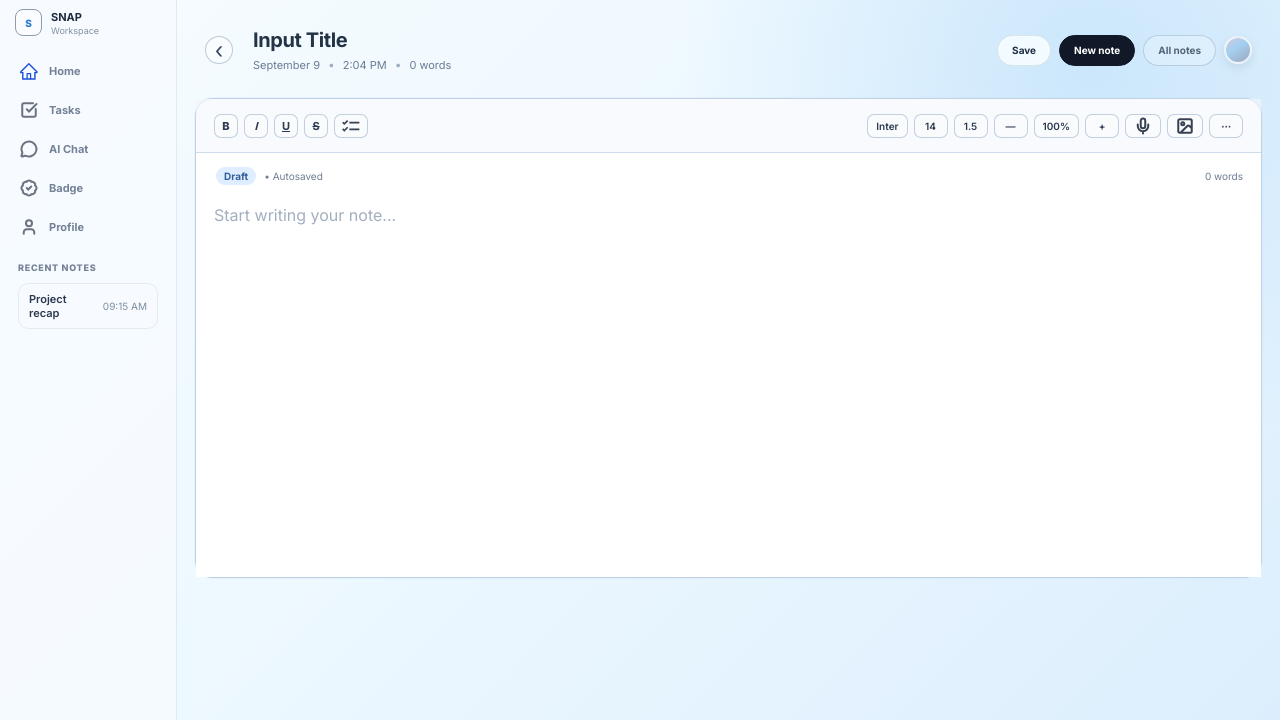
Repository: Lee-Productions-Inc/SNAP_productions
Page: pages/dashboard/notes/notes.html
An editor plug-in stored every save of this project. The page is shown before and after the next save, followed by the edit.
The browser window is 1280 px wide. The pictures show the whole page.

Above is the page before, as saved 2026-09-22 19:28:59.

### pages/dashboard/notes/notes.html
<!DOCTYPE html>
<html lang="en">
  <head>
    <meta charset="UTF-8" />
    <meta name="viewport" content="width=device-width, initial-scale=1.0" />
    <title>Notes | SNAP</title>
    <link rel="preconnect" href="https://fonts.googleapis.com" />
    <link rel="preconnect" href="https://fonts.gstatic.com" crossorigin />
    <link href="https://fonts.googleapis.com/css2?family=Inter:wght@400;500;600;700;800&display=swap" rel="stylesheet" />
    <link rel="stylesheet" href="../../../designs/notes.css" />
  </head>
  <body>
    <div class="dashboard-shell">
      <aside class="sidebar" aria-label="Main navigation">
        <a class="brand" href="../dashboard.html" aria-label="SNAP home">
          <span class="brand-mark">S</span>
          <span class="brand-copy">
            <strong>SNAP</strong>
            <small>Workspace</small>
          </span>
        </a>

        <nav class="primary-nav" aria-label="Sidebar navigation">
          <a class="nav-item" href="../../../pages/dashboard/dashboard.html">
            <img class="nav-icon" src="../../../assets/main icons/Vector.svg" alt="" aria-hidden="true" />
            <span>Home</span>
          </a>
          <a class="nav-item" href="../../../pages/tasks.html">
            <img class="nav-icon" src="../../../assets/main icons/check-square.svg" alt="" aria-hidden="true" />
            <span>Tasks</span>
          </a>
          <a class="nav-item" href="../../../pages/ai_chat.html">
            <img class="nav-icon" src="../../../assets/main icons/message-circle.svg" alt="" aria-hidden="true" />
            <span>AI Chat</span>
          </a>
          <a class="nav-item" href="../../../pages/badges.html">
            <img class="nav-icon" src="../../../assets/main icons/badge-check.svg" alt="" aria-hidden="true" />
            <span>Badge</span>
          </a>
          <a class="nav-item" href="../../../pages/profile.html">
            <img class="nav-icon" src="../../../assets/main icons/user.svg" alt="" aria-hidden="true" />
            <span>Profile</span>
          </a>
        </nav>

        <section class="recent-notes" aria-labelledby="recent-notes-title">
          <h2 id="recent-notes-title">Recent Notes</h2>
          <ul class="recent-list" aria-label="Recent notes list">
            <li class="recent-item">
              <span class="recent-title">Project recap</span>
              <time datetime="2026-09-21T09:15">09:15 AM</time>
            </li>
          </ul>
        </section>
      </aside>

      <main class="dashboard-main notes-main">
        <header class="editor-header">
          <button class="icon-button back-button" type="button" aria-label="Go back">‹</button>

          <div class="title-block">
            <input class="note-title" type="text" value="Input Title" aria-label="Note title" />
            <div class="meta-row" aria-label="Note metadata">
              <span class="meta-item">September 9</span>
              <span class="meta-separator">•</span>
              <span class="meta-item">2:04 PM</span>
              <span class="meta-separator">•</span>
              <span class="meta-item">0 words</span>
            </div>
          </div>

          <div class="header-actions">
            <button class="action-button save-button" type="button">Save</button>
            <button class="action-button new-note-button" type="button">New note</button>
            <button class="action-button ghost-button muted-button" type="button">All notes</button>
            <button class="avatar-button" type="button" aria-label="User profile"></button>
          </div>
        </header>

        <section class="editor-surface" aria-label="Note editor">
          <div class="toolbar" aria-label="Formatting toolbar">
            <div class="toolbar-group">
              <button class="tool-button bold" type="button" aria-label="Bold">B</button>
              <button class="tool-button italic" type="button" aria-label="Italic">I</button>
              <button class="tool-button underline" type="button" aria-label="Underline">U</button>
              <button class="tool-button strike" type="button" aria-label="Strikethrough">S</button>
              <button class="tool-button" type="button" aria-label="Checklist">
                <img src="../../../assets/notes icons/boxicons_checklist.svg" alt="" aria-hidden="true" />
              </button>
            </div>

            <div class="toolbar-group compact-group">
              <button class="tool-button small" type="button">Inter</button>
              <button class="tool-button small" type="button">14</button>
              <button class="tool-button small" type="button">1.5</button>
              <button class="tool-button small" type="button">—</button>
              <button class="tool-button small" type="button">100%</button>
              <button class="tool-button small" type="button">+</button>
              <button class="tool-button small" type="button">
                <img src="../../../assets/notes icons/mic.svg" alt="" aria-hidden="true" />
              </button>
              <button class="tool-button small" type="button">
                <img src="../../../assets/notes icons/image.svg" alt="" aria-hidden="true" />
              </button>
              <button class="tool-button small" type="button">⋯</button>
            </div>
          </div>

          <div class="editor-body">
            <div class="draft-status">
              <span class="status-badge">Draft</span>
              <span class="status-text">• Autosaved</span>
              <span class="word-total">0 words</span>
            </div>

            <div class="editor-placeholder" aria-label="Write your note">
              Start writing your note...
            </div>
          </div>
        </section>
      </main>
    </div>
  </body>
</html>

### designs/notes.css
* {
  box-sizing: border-box;
}

html,
body {
  margin: 0;
  min-width: 320px;
  min-height: 100vh;
  background: radial-gradient(circle at 85% 9%, rgba(190, 224, 250, 0.7), transparent 32%),
    linear-gradient(135deg, #f7fcff 0%, #edf8ff 45%, #dceefd 100%);
  color: #172033;
  font-family: "Inter", Arial, sans-serif;
  font-size: 16px;
}

button,
a,
input {
  font: inherit;
}

button,
a {
  -webkit-tap-highlight-color: transparent;
}

img {
  display: block;
  max-width: 100%;
}

ul {
  margin: 0;
  padding: 0;
  list-style: none;
}

.dashboard-shell {
  display: flex;
  min-height: 100vh;
  background: radial-gradient(circle at 85% 9%, rgba(190, 224, 250, 0.7), transparent 32%),
    linear-gradient(135deg, #f7fcff 0%, #edf8ff 45%, #dceefd 100%);
}

.sidebar {
  display: flex;
  flex: 0 0 177px;
  flex-direction: column;
  min-height: 100vh;
  padding: 9px 10px 20px;
  border-right: 1px solid rgba(136, 183, 219, 0.24);
  background: rgba(248, 252, 255, 0.78);
}

.brand {
  display: flex;
  align-items: center;
  gap: 9px;
  min-height: 27px;
  margin: 0 5px 18px;
  color: #1f2c40;
  font-size: 11px;
  text-decoration: none;
}

.brand-mark {
  display: grid;
  place-items: center;
  width: 27px;
  height: 27px;
  border: 1px solid #8c9cad;
  border-radius: 8px;
  background: rgba(255, 255, 255, 0.35);
  color: #2877cc;
  font-size: 10px;
  font-weight: 800;
}

.brand-copy {
  display: flex;
  flex-direction: column;
  gap: 1px;
}

.brand strong,
.brand small {
  display: block;
}

.brand small {
  color: #8490a0;
  font-size: 9px;
}

.primary-nav {
  display: grid;
  gap: 5px;
}

.nav-item {
  display: flex;
  align-items: center;
  gap: 11px;
  min-height: 34px;
  padding: 0 10px;
  border-radius: 10px;
  color: #748197;
  font-size: 11px;
  font-weight: 700;
  text-decoration: none;
  transition: background 160ms ease, color 160ms ease;
}

.nav-item:hover,
.nav-item.active {
  color: #1248dd;
  background: #e0efff;
}

.nav-item:hover:not(.active) {
  color: #5f6f84;
  background: rgba(224, 239, 255, 0.35);
}

.nav-icon {
  width: 18px;
  height: 18px;
  flex: 0 0 18px;
  object-fit: contain;
}

.recent-notes {
  margin-top: 18px;
  padding: 0 8px;
}

.recent-notes h2 {
  margin: 0;
  color: #748197;
  font-size: 9px;
  font-weight: 800;
  letter-spacing: 0.08em;
  text-transform: uppercase;
}

.recent-list {
  display: grid;
  gap: 8px;
  margin-top: 10px;
}

.recent-item {
  display: flex;
  align-items: center;
  justify-content: space-between;
  gap: 10px;
  padding: 8px 10px;
  border: 1px solid rgba(168, 188, 212, 0.25);
  border-radius: 10px;
  background: rgba(255, 255, 255, 0.18);
  color: #2a3a50;
  font-size: 11px;
}

.recent-title {
  font-weight: 600;
  color: #2d3a4d;
}

.recent-item time {
  color: #7d8ea2;
  font-size: 10px;
  white-space: nowrap;
}

.dashboard-main {
  width: min(100%, 1000px);
  margin: 0 auto;
  padding: 3px 18px 70px;
}

.notes-main {
  width: min(100%, 1150px);
  padding: 16px 18px 26px;
}

.editor-header {
  display: flex;
  align-items: center;
  gap: 14px;
  min-height: 74px;
  padding: 4px 10px 10px;
}

.icon-button {
  display: grid;
  place-items: center;
  width: 28px;
  height: 28px;
  border: 1px solid rgba(162, 181, 203, 0.7);
  border-radius: 50%;
  background: rgba(255, 255, 255, 0.45);
  color: #374760;
  font-size: 22px;
  line-height: 1;
  cursor: pointer;
}

.title-block {
  display: flex;
  flex: 1 1 auto;
  flex-direction: column;
  justify-content: center;
  min-width: 0;
  gap: 6px;
  padding: 0 6px;
}

.note-title {
  width: 100%;
  border: 0;
  outline: 0;
  background: transparent;
  color: #243447;
  font-size: 20px;
  font-weight: 700;
  letter-spacing: -0.02em;
  padding: 0;
}

.meta-row {
  display: flex;
  align-items: center;
  gap: 8px;
  color: #697b94;
  font-size: 11px;
}

.meta-separator {
  color: #a0afc0;
  font-size: 12px;
  line-height: 1;
}

.meta-item {
  white-space: nowrap;
}

.header-actions {
  display: flex;
  align-items: center;
  gap: 8px;
}

.action-button {
  display: inline-flex;
  align-items: center;
  justify-content: center;
  min-height: 31px;
  padding: 0 14px;
  border: 1px solid rgba(148, 170, 195, 0.48);
  border-radius: 999px;
  background: rgba(255, 255, 255, 0.35);
  color: #20314d;
  font-size: 10px;
  font-weight: 700;
  cursor: pointer;
}

.save-button {
  border-color: rgba(39, 61, 89, 0.12);
  background: #f2fbff;
  color: #1d2d40;
}

.new-note-button {
  border-color: #111827;
  background: #111827;
  color: #ffffff;
}

.ghost-button {
  background: rgba(255, 255, 255, 0.24);
}

.muted-button {
  color: #536579;
}

.avatar-button {
  width: 28px;
  height: 28px;
  border: 2px solid rgba(255, 255, 255, 0.8);
  border-radius: 50%;
  background: linear-gradient(145deg, #d2c9d9 0%, #a4d0f2 40%, #9ca8bc 100%);
  box-shadow: 0 4px 10px rgba(61, 81, 102, 0.12);
  cursor: pointer;
}

.editor-surface {
  display: flex;
  flex: 1;
  flex-direction: column;
  min-height: 480px;
  margin-top: 8px;
  border: 1px solid rgba(164, 191, 220, 0.7);
  border-radius: 18px;
  background: #fff;
  box-shadow: inset 0 0 0 1px rgba(255, 255, 255, 0.1),
    0 0 0 1px rgba(202, 220, 241, 0.3);
}

.toolbar {
  display: flex;
  align-items: center;
  justify-content: space-between;
  gap: 12px;
  min-height: 54px;
  padding: 8px 18px;
  border-bottom: 1px solid rgba(164, 191, 220, 0.5);
  background: rgba(244, 248, 252, 0.66);
}

.toolbar-group {
  display: flex;
  align-items: center;
  gap: 6px;
}

.tool-button {
  display: inline-flex;
  align-items: center;
  justify-content: center;
  min-width: 24px;
  min-height: 24px;
  border: 1px solid rgba(156, 179, 202, 0.6);
  border-radius: 7px;
  background: rgba(255, 255, 255, 0.2);
  color: #2d3a51;
  font-size: 11px;
  font-weight: 700;
  cursor: pointer;
}

.tool-button.bold {
  font-weight: 800;
}

.tool-button.italic {
  font-style: italic;
}

.tool-button.underline {
  text-decoration: underline;
}

.tool-button.strike {
  text-decoration: line-through;
}

.tool-button.small {
  min-width: 34px;
  padding: 0 8px;
  font-size: 10px;
  font-weight: 600;
}

.editor-body {
  display: flex;
  flex: 1;
  flex-direction: column;
  min-height: 0;
  padding: 14px 18px 18px;
  background: #fff;
}

.draft-status {
  display: flex;
  align-items: center;
  gap: 8px;
  min-height: 18px;
  margin-left: 2px;
  color: #6d7d93;
  font-size: 10px;
}

.status-badge {
  display: inline-flex;
  align-items: center;
  justify-content: center;
  min-height: 18px;
  padding: 0 8px;
  border-radius: 999px;
  background: rgba(209, 229, 255, 0.7);
  color: #365f97;
  font-weight: 700;
}

.status-text {
  color: #6d7d93;
}

.word-total {
  margin-left: auto;
  color: #6d7d93;
  font-size: 10px;
}

.editor-placeholder {
  display: flex;
  flex: 1;
  align-items: flex-start;
  justify-content: flex-start;
  padding-top: 18px;
  color: #a3afbf;
  font-size: 16px;
  line-height: 1.6;
}

@media (max-width: 980px) {
  .dashboard-shell {
    flex-direction: column;
  }

  .sidebar {
    flex-basis: auto;
    min-height: auto;
    border-right: 0;
    border-bottom: 1px solid rgba(136, 183, 219, 0.24);
  }

  .notes-main {
    padding-top: 12px;
  }

  .editor-header {
    flex-wrap: wrap;
  }

  .header-actions {
    width: 100%;
    justify-content: flex-end;
  }
}

After the next save:
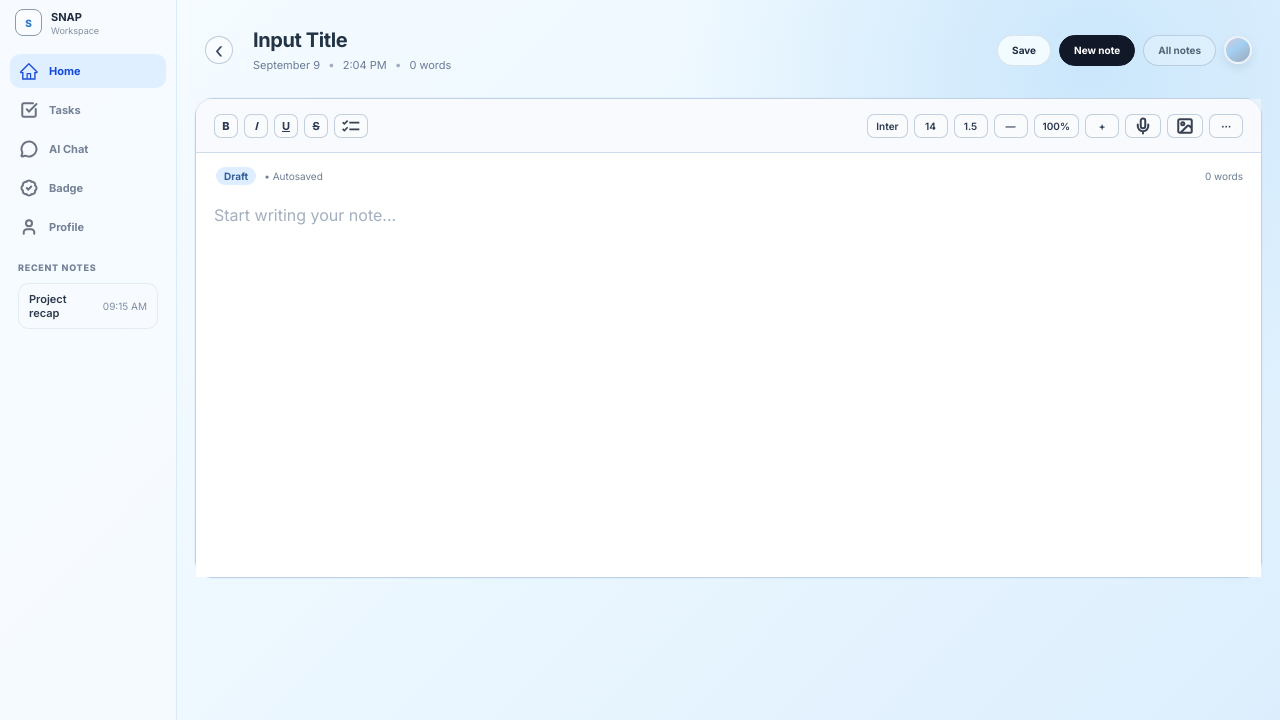
Saved 10 s later.
--- a/pages/dashboard/notes/notes.html
+++ b/pages/dashboard/notes/notes.html
@@ -21,7 +21,7 @@
         </a>
 
         <nav class="primary-nav" aria-label="Sidebar navigation">
-          <a class="nav-item" href="../../../pages/dashboard/dashboard.html">
+          <a class="nav-item active" href="../../../pages/dashboard/dashboard.html">
             <img class="nav-icon" src="../../../assets/main icons/Vector.svg" alt="" aria-hidden="true" />
             <span>Home</span>
           </a>
